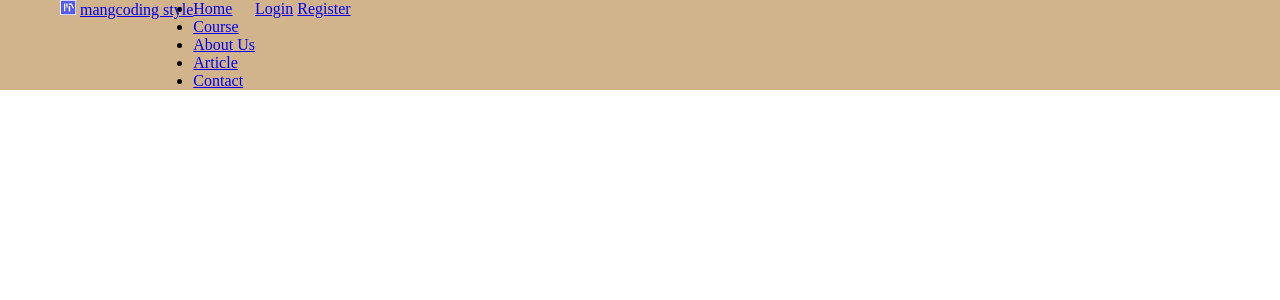
Repository: Dania-Alqam/landing-page
Page: index.html
These files come from the project's save history. The page is drawn as it stood at one moment and after a run of saves; the edit follows.
The browser window is 1280 px wide. The pictures show the whole page.

Above is the page before, as saved 2024-06-21 19:16:00.

### index.html
<!DOCTYPE html>
<html lang="en">
  <head>
    <meta charset="UTF-8" />
    <meta name="viewport" content="width=device-width, initial-scale=1.0" />
    <title>Document</title>
    <link rel="stylesheet" href="./assests/css/main.css" />
    <link />
  </head>
  <body>
    <header class="header">
      <div class="container">
        <div class="row">
          <div class="logo">
            <img src="./assests/images/Logo.svg" alt="logo" />
            <a href="#">mangcoding style</a>
          </div>
          <nav class="nav">
            <ul>
              <li>
                <a href="#">Home</a>
              </li>
              <li>
                <a href="#">Course</a>
              </li>
              <li>
                <a href="#">About Us</a>
              </li>
              <li>
                <a href="#">Article</a>
              </li>
              <li>
                <a href="#">Contact</a>
              </li>
            </ul>
          </nav>
          <div class="auth">
            <a href="#">Login</a>
            <a href="#">Register</a>
          </div>
        </div>
      </div>
    </header>
  </body>
</html>

### assests/css/main.css
*{
    margin: 0;
    padding: 0;
    box-sizing: border-box;
}
.container{
    /* width from fugma is 60px from each side*/
    width: calc(100% - 120px);
    margin: auto;
    justify-content: space-between;
}

.header{
    /* it will not work becuase we added contianer so we add row*/
    /* display: flex; */
    background-color: tan
}

.row{
    display: flex;
}

After the next 3 saves:
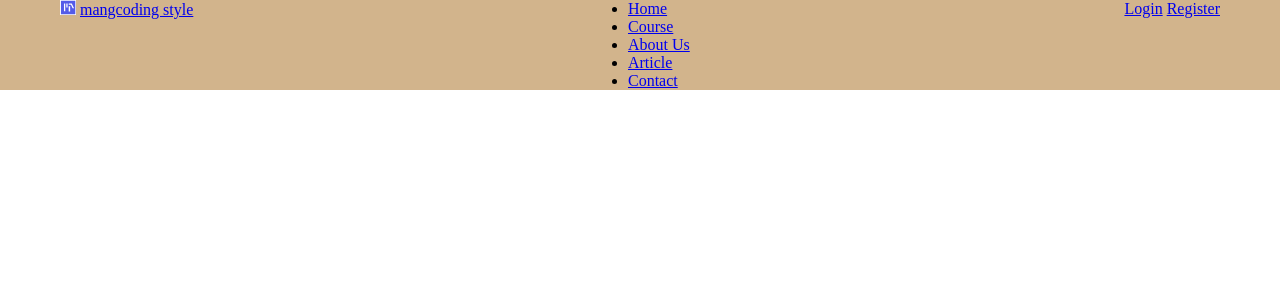
The 3 saves are shown as one change because they came seconds apart.
The last was saved 17 s later.
--- a/assests/css/main.css
+++ b/assests/css/main.css
@@ -7,7 +7,6 @@
     /* width from fugma is 60px from each side*/
     width: calc(100% - 120px);
     margin: auto;
-    justify-content: space-between;
 }
 
 .header{
@@ -18,4 +17,5 @@
 
 .row{
     display: flex;
+    justify-content: space-between;
 }
